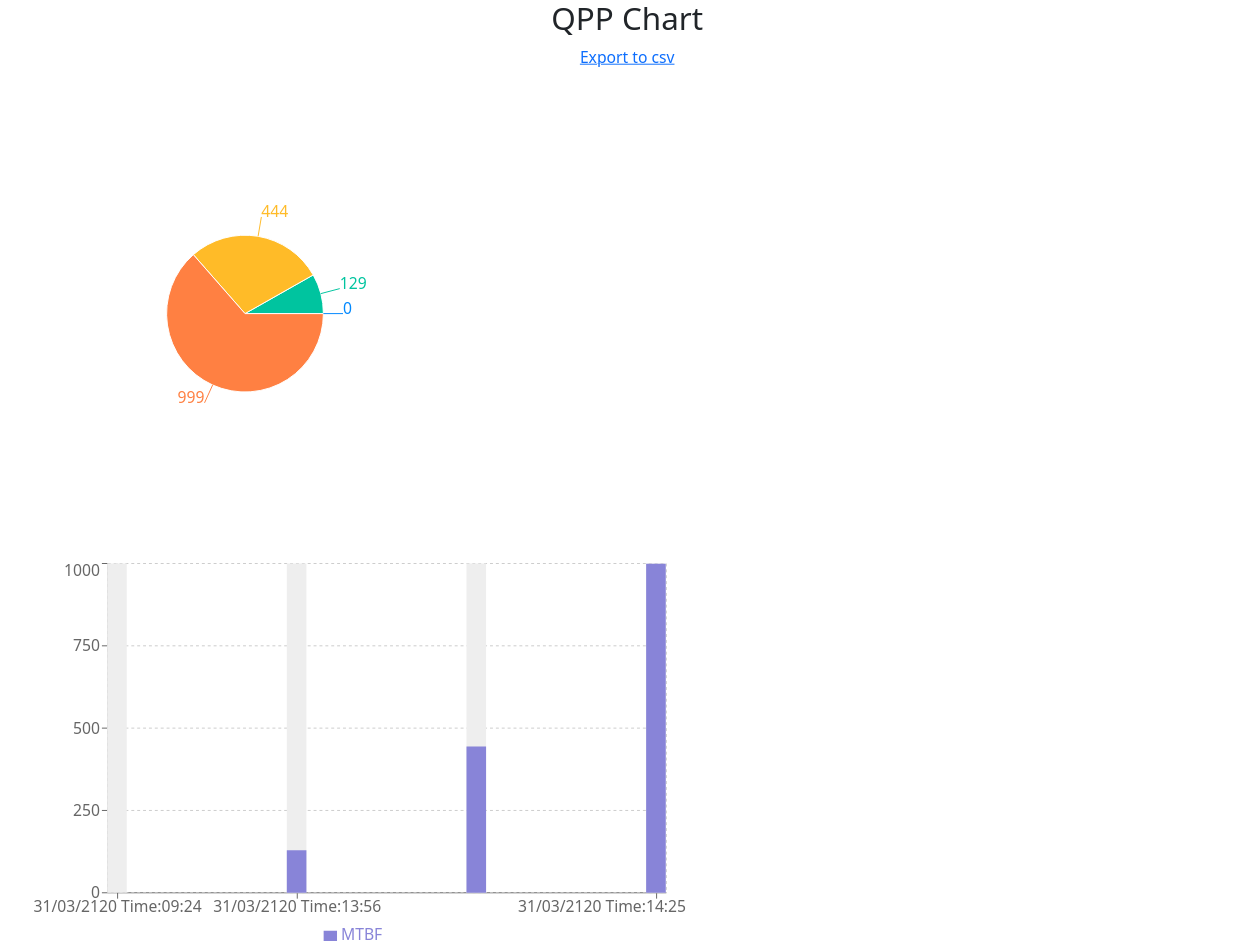
Repository: exiled-kal/ReactChartPrac
Page: /
An editor plug-in stored every save of this project. The page is shown before and after the next save, followed by the edit.
The browser window is 1280 px wide. The pictures show the whole page, at 98% of full size.
The project was rebuilt for these pictures with package versions that can differ from the ones it lists, and the page was loaded fresh each time.

Above is the page before, as saved 2021-04-18 15:49:08.

### src/App.js
import './App.css';
import {CSVLink} from 'react-csv';

import {
  PieChart,
  Pie,
  Tooltip,
  BarChart,
  Bar,
  XAxis,
  YAxis,
  CartesianGrid,
  Legend,
  Cell,
} from 'recharts';

const data = [
  {
    StartDateTime: '31/03/2120 Time:09:24',
    SystemUpTime: 6,
    OperationTime: 0,
    DownTime: 0,
    IdleTime: 0,
    MTBF: 0,
    MTBA: 0,
    TotalQuantityIn: 0,
    TotalQuantityOut: 0,
    TotalPassed: 0,
    TotalFailed: 0,
    TotalYield: 0,
    SoftJam: 0,
    HardJam: 0,
    SprintUPH: 514,
  },
  {
    LotID: 'QPP_Test',
    ProductType: 'RB',
    StartDateTime: '31/03/2120 Time:13:56',
    SystemUpTime: 499,
    OperationTime: 129,
    DownTime: 0,
    IdleTime: 364,
    MTBF: 129,
    MTBA: 129,
    TotalQuantityIn: 33,
    TotalQuantityOut: 12,
    TotalPassed: 2,
    TotalFailed: 10,
    TotalYield: 16,
    SoftJam: 0,
    HardJam: 0,
    SprintUPH: 514,
  },
  {
    LotID: 'QPP_Test',
    ProductType: 'RB',
    StartDateTime: '31/03/2120 Time:14:10',
    SystemUpTime: 1481,
    OperationTime: 444,
    DownTime: 0,
    IdleTime: 1028,
    MTBF: 444,
    MTBA: 444,
    TotalQuantityIn: 33,
    TotalQuantityOut: 28,
    TotalPassed: 4,
    TotalFailed: 24,
    TotalYield: 14,
    SoftJam: 0,
    HardJam: 0,
    SprintUPH: 514,
  },
  {
    LotID: 'QPP_Test',
    ProductType: 'RB',
    StartDateTime: '31/03/2120 Time:14:25',
    SystemUpTime: 2680,
    OperationTime: 999,
    DownTime: 0,
    IdleTime: 1581,
    MTBF: 999,
    MTBA: 999,
    TotalQuantityIn: 33,
    TotalQuantityOut: 170,
    TotalPassed: 61,
    TotalFailed: 109,
    TotalYield: 35,
    SoftJam: 0,
    HardJam: 0,
    SprintUPH: 514,
  },
];
const COLORS = ['#0088FE', '#00C49F', '#FFBB28', '#FF8042', '#ff0000'];

const csvReport = {
  filename: './data/data.csv',
  data: data,
};

function App() {
  return (
    <div style={{textAlign: 'center'}}>
      <h2>QPP Chart</h2>
      <CSVLink {...csvReport}>Export to csv</CSVLink>
      <br />
      <div className="App">
        <PieChart width={500} height={500}>
          <Pie
            dataKey="MTBF"
            isAnimationActive={true}
            data={data}
            cx="50%"
            cy="50%"
            outerRadius={80}
            fill="#8884d8"
            label="Start Date Time"
          >
            {data.map((entry, index) => (
              <Cell
                key={`cell-${index}`}
                fill={COLORS[index % COLORS.length]}
              />
            ))}
          </Pie>
          <Tooltip />
        </PieChart>
        <BarChart
          width={700}
          height={400}
          data={data}
          margin={{
            top: 5,
            right: 20,
            left: 50,
            bottom: 5,
          }}
          barSize={20}
        >
          <XAxis
            dataKey="StartDateTime"
            scale="point"
            padding={{left: 10, right: 10}}
          />

          <YAxis />
          <Tooltip />
          <Legend />
          <CartesianGrid strokeDasharray="3 3" />
          <Bar dataKey="MTBF" fill="#8884d8" background={{fill: '#eee'}} />
        </BarChart>
      </div>
    </div>
  );
}

export default App;

### src/App.css
.App {
  text-align: center;
  /* display: flex; */
  justify-content: space-around;
  align-items: center;
}

Loaded but not shown: public/index.html (common file); src/index.js (common file); src/index.css (common file); src/reportWebVitals.js (common file)

After the next save:
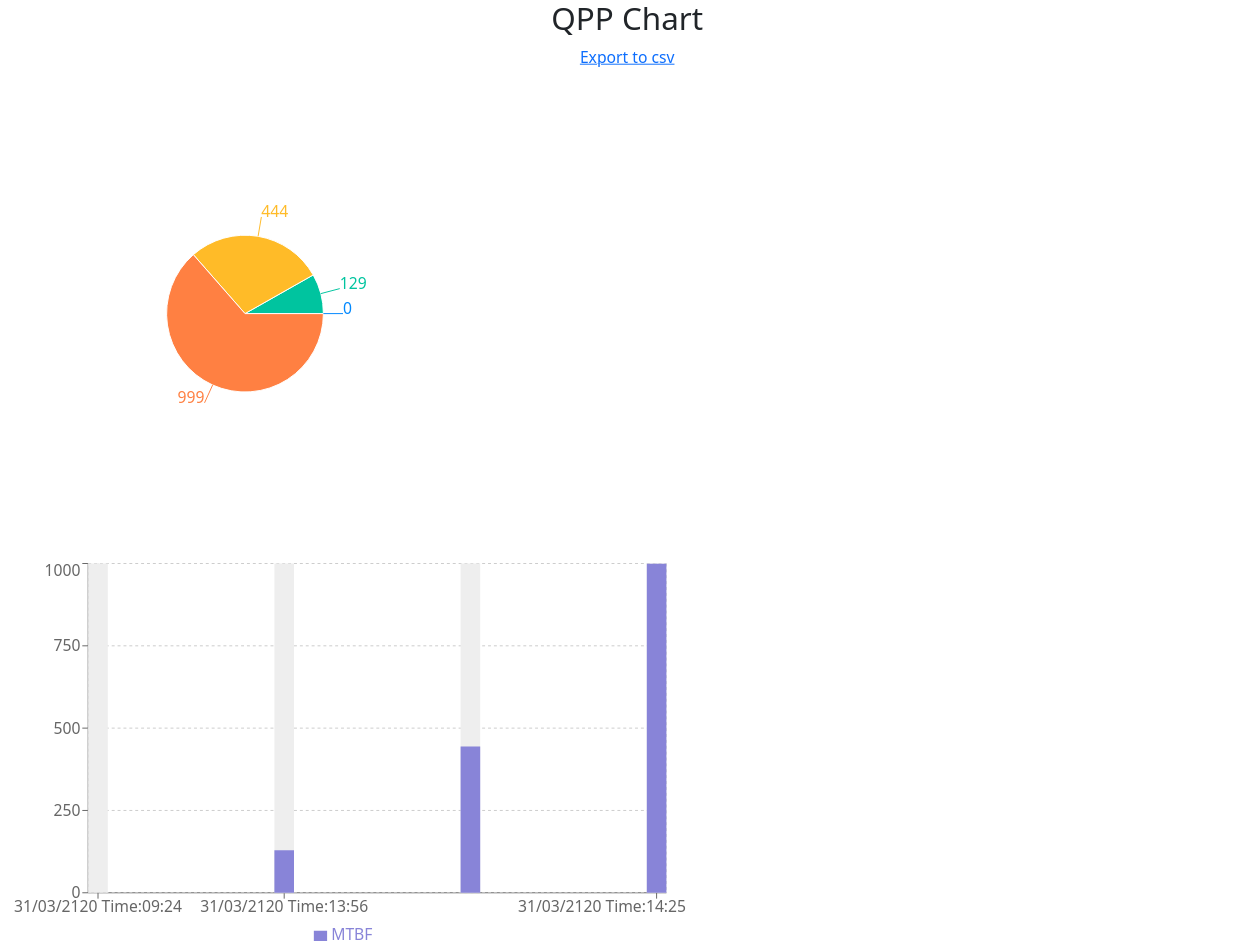
Saved 6 s later.
--- a/src/App.js
+++ b/src/App.js
@@ -131,7 +131,7 @@ function App() {
           margin={{
             top: 5,
             right: 20,
-            left: 50,
+            left: 30,
             bottom: 5,
           }}
           barSize={20}
